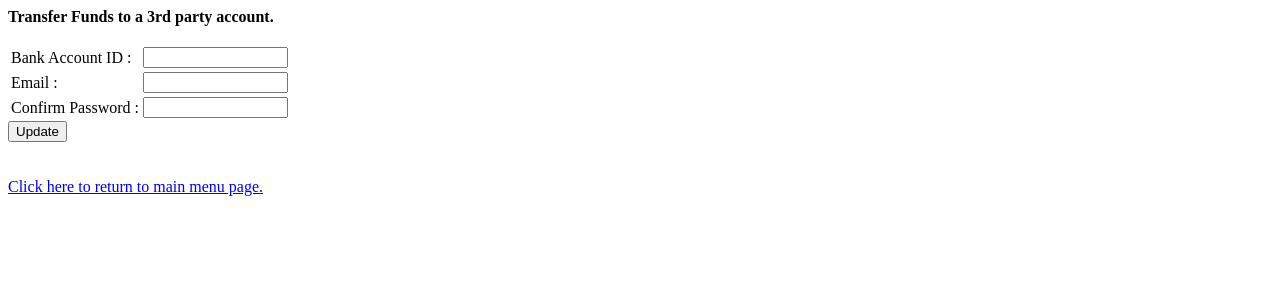
Repository: kingron98/SoftEng-Bank-Web-Application-
Page: http://localhost/SE3_BankWebApp/displayTransferFunds.jsp
These files come from the project's save history. The page is drawn as it stood at one moment and after the next save; the edit follows.
The browser window is 1280 px wide. The pictures show the whole page.
The page is served by Tomcat 9.

Above is the page before, as saved 2020-12-13 16:35:17.

After the next save:
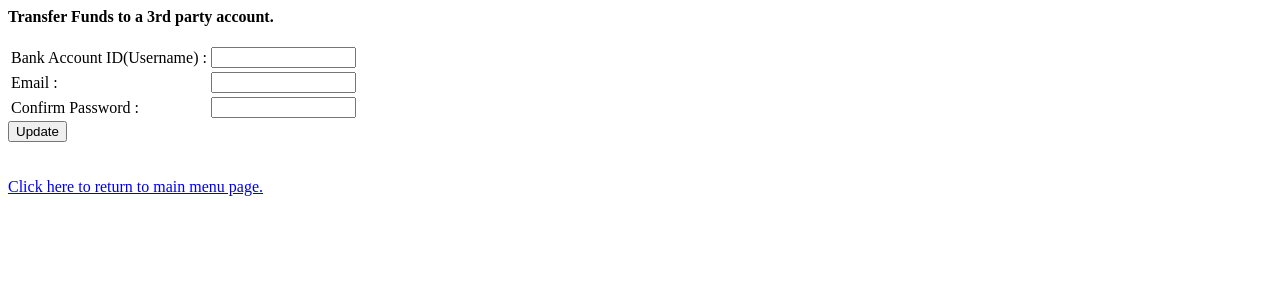
Saved 6 s later.
--- a/SE3 Bank App/Java/Workspace/SE3_BankWebApp/WebContent/displayTransferFunds.jsp
+++ b/SE3 Bank App/Java/Workspace/SE3_BankWebApp/WebContent/displayTransferFunds.jsp
@@ -15,7 +15,7 @@
 	<form action="FrontController" method="post">
     	<table>
         	<tr>
-    			<td> Bank Account ID  : </td><td> <input name="accountId" size=15 type="text" /> </td>
+    			<td> Bank Account ID(Username)  : </td><td> <input name="accountId" size=15 type="text" /> </td>
     		</tr>
             <tr>
             	<td> Email  : </td><td> <input name="email" size=15 type="text" /> </td>
